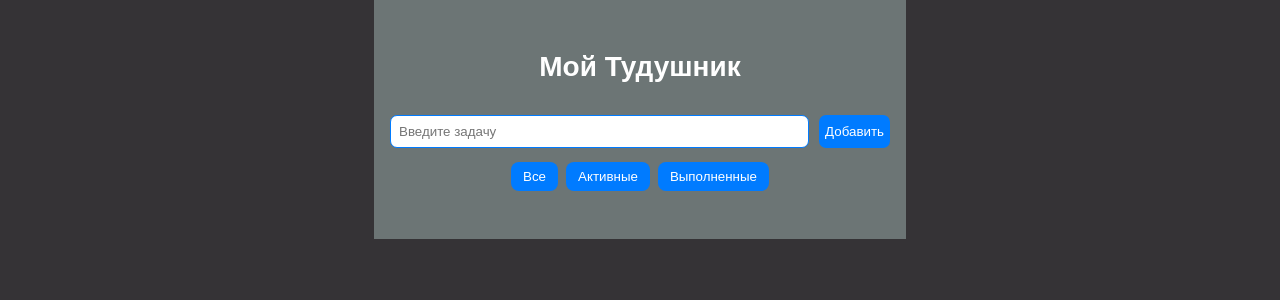
Repository: AlekCawka/-todo-project
Page: /
The author's editor kept a copy of each file at every save. The page is drawn from the files as they stood at one save, then again after the next save.
The browser window is 1280 px wide. The pictures show the whole page.
The pointer rests on the first visible `.filters button`.
The project was rebuilt for these pictures with package versions that can differ from the ones it lists, and the page was loaded fresh each time. Also part of the build but not shown: vite.config.js.

Above is the page before, as saved 2025-08-06 11:42:24.

After the next save:
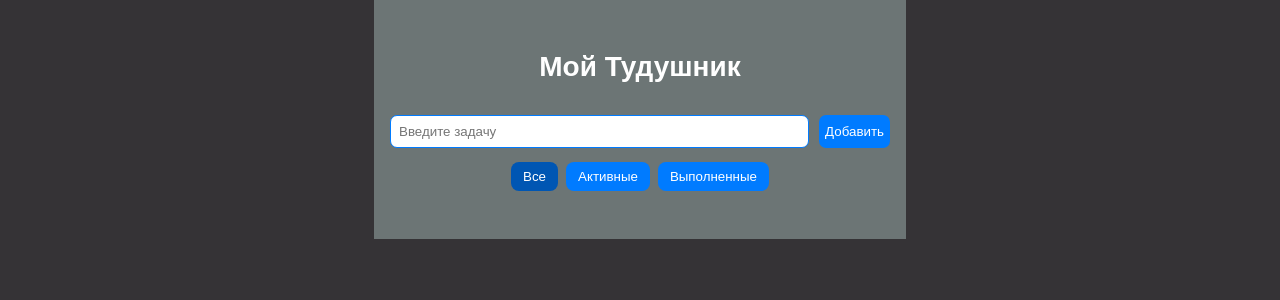
Saved 14 s later.
--- a/src/App.css
+++ b/src/App.css
@@ -64,7 +64,7 @@ body {
 }
 
 .filters button:hover {
-    background-color: #007bff;
+    background-color:  #0056b3;
 }
 /*
 
